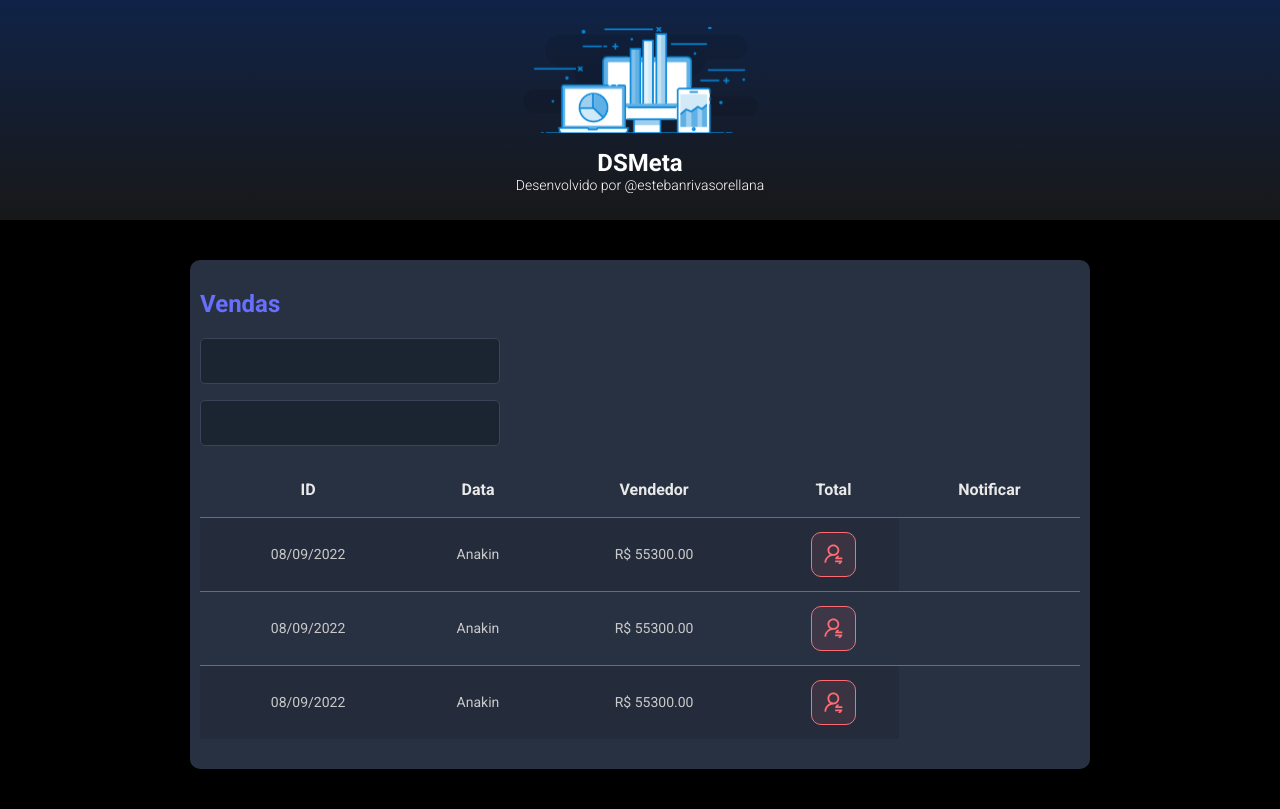
Repository: estebanrivas/dsmeta-css
Page: index.html
These files come from the project's save history. The page is drawn as it stood at one moment and after a run of saves; the edit follows.
The browser window is 1280 px wide. The pictures show the whole page.

Above is the page before, as saved 2022-09-08 22:24:08.

### index.html
<!DOCTYPE html>
<html lang="en">

<head>
    <meta charset="UTF-8">
    <meta http-equiv="X-UA-Compatible" content="IE=edge">
    <meta name="viewport" content="width=device-width, initial-scale=1.0">
    <title>DSMeta</title>

    <link rel="stylesheet" href="css/styles.css">
</head>

<body>
    <header>
        <div class="dsmeta-logo-container">
            <img src="images/logo.svg" alt="DSMeta">
            <h1>DSMeta</h1>
            <p>Desenvolvido por
                <a href="https://www.instagram.com/estebanrivasorellana/">@estebanrivasorellana</a>
            </p>
        </div>
    </header>

    <main>
        <section id="sales">
            <div class="dsmeta-container">
                <div class="dsmeta-card">
                    <h2 class="dsmeta-sales-title">Vendas</h2>

                    <div>
                        <div class="dsmeta-form-control-container">
                            <input class="dsmeta-form-control" type="text">
                        </div>
                        <div class="dsmeta-form-control-container">
                            <input class="dsmeta-form-control" type="text">
                        </div>
                    </div>

                    <div>
                        <table class="dsmeta-sales-table">
                            <thead>
                                <tr>
                                    <th class="show900">ID</th>
                                    <th class="show576">Data</th>
                                    <th>Vendedor</th>
                                    <th>Total</th>
                                    <th>Notificar</th>
                                </tr>
                            </thead>
                            <tbody>
                                <tr>
                                    <td class="show576">08/09/2022</td>
                                    <td>Anakin</td>
                                    <td>R$ 55300.00</td>
                                    <td>
                                        <div class="dsmeta-red-btn-container">
                                            <div class="dsmeta-red-btn">
                                                <img src="images/notification-icon.svg" alt="Notificar">
                                            </div>
                                        </div>
                                    </td>
                                </tr>
                                <tr>
                                    <td class="show576">08/09/2022</td>
                                    <td>Anakin</td>
                                    <td>R$ 55300.00</td>
                                    <td>
                                        <div class="dsmeta-red-btn-container">
                                            <div class="dsmeta-red-btn">
                                                <img src="images/notification-icon.svg" alt="Notificar">
                                            </div>
                                        </div>
                                    </td>
                                </tr>
                                <tr>
                                    <td class="show576">08/09/2022</td>
                                    <td>Anakin</td>
                                    <td>R$ 55300.00</td>
                                    <td>
                                        <div class="dsmeta-red-btn-container">
                                            <div class="dsmeta-red-btn">
                                                <img src="images/notification-icon.svg" alt="Notificar">
                                            </div>
                                        </div>
                                    </td>
                                </tr>
                            </tbody>
                        </table>
                    </div>
                </div>
            </div>
        </section>
    </main>


</body>

</html>

### css/styles.css
@import url("https://fonts.googleapis.com/css2?family=Roboto:wght@300;400;700&display=swap");

* {
  font-family: "Roboto", sans-serif;
  box-sizing: border-box;
  margin: 0;
  padding: 0;
}

body,
html {
  background-color: #000;
  color: #fff;
}

a,
a:hover,
a:visited {
  color: unset;
  text-decoration: none;
}

header {
  height: 220px;
  background: linear-gradient(180deg, #102347 0%, #181818 100%);
  display: flex;
  align-items: center;
  justify-content: center;
}

.dsmeta-logo-container {
  display: flex;
  flex-direction: column;
  align-items: center;
}

.dsmeta-logo-container img {
  width: 235px;
}

.dsmeta-logo-container h1 {
  padding-top: 15px;
  font-size: 24px;
}

.dsmeta-logo-container p {
  font-size: 14px;
  font-weight: 300;
}

#sales {
  padding: 40px 10px;
}

.dsmeta-container {
  width: 100%;
  max-width: 900px;
  margin: 0 auto;
}

.dsmeta-card {
  background-color: #283142;
  border-radius: 10px;
  padding: 30px 10px;
}

.dsmeta-form-control-container {
  margin-bottom: 16px;
  max-width: 300px;
}

.dsmeta-form-control {
  width: 100%;
  height: 46px;
  background-color: #1b2531;
  border: 1px solid #384459;
  border-radius: 5px;
  color: #9aaabe;
  padding: 0 20px;
  font-size: 18px;
  font-weight: 400;
}

.dsmeta-sales-title {
  color: #676fff;
  font-size: 24px;
  margin-bottom: 20px;
}

.dsmeta-sales-table {
  width: 100%;
  border-spacing: 0;
  border-collapse: collapse;
}

.dsmeta-sales-table thead {
  height: 55px;
  font-size: 16px;
  color: #e9e9e9;
  font-weight: 700;
}

.dsmeta-sales-table tbody {
  font-size: 14px;
  font-weight: 400;
  color: #c9c9c9;
  text-align: center;
}

.dsmeta-sales-table tbody tr {
  height: 74px;
  border-top: 1px solid #5f6e82;
}

.dsmeta-sales-table tbody tr:hover > td {
  background-color: #384459;
}

.dsmeta-sales-table tbody tr:nth-child(odd) {
  background-color: #242c3b;
}

.dsmeta-red-btn-container{
    display: flex;
    justify-content: center;
}

.dsmeta-red-btn {
  height: 45px;
  width: 45px;
  display: flex;
  align-items: center;
  justify-content: center;
  background: rgba(255, 107, 114, 0.1);
  border: 1px solid #ff6b72;
  border-radius: 10px;
  cursor: pointer;
}

.dsmeta-red-btn img{
    width: 19px;
}

.show576{
    display: none;
}

@media (min-width: 576px){
    .show576{
        display: table-cell;
    }
}

After the next 4 saves:
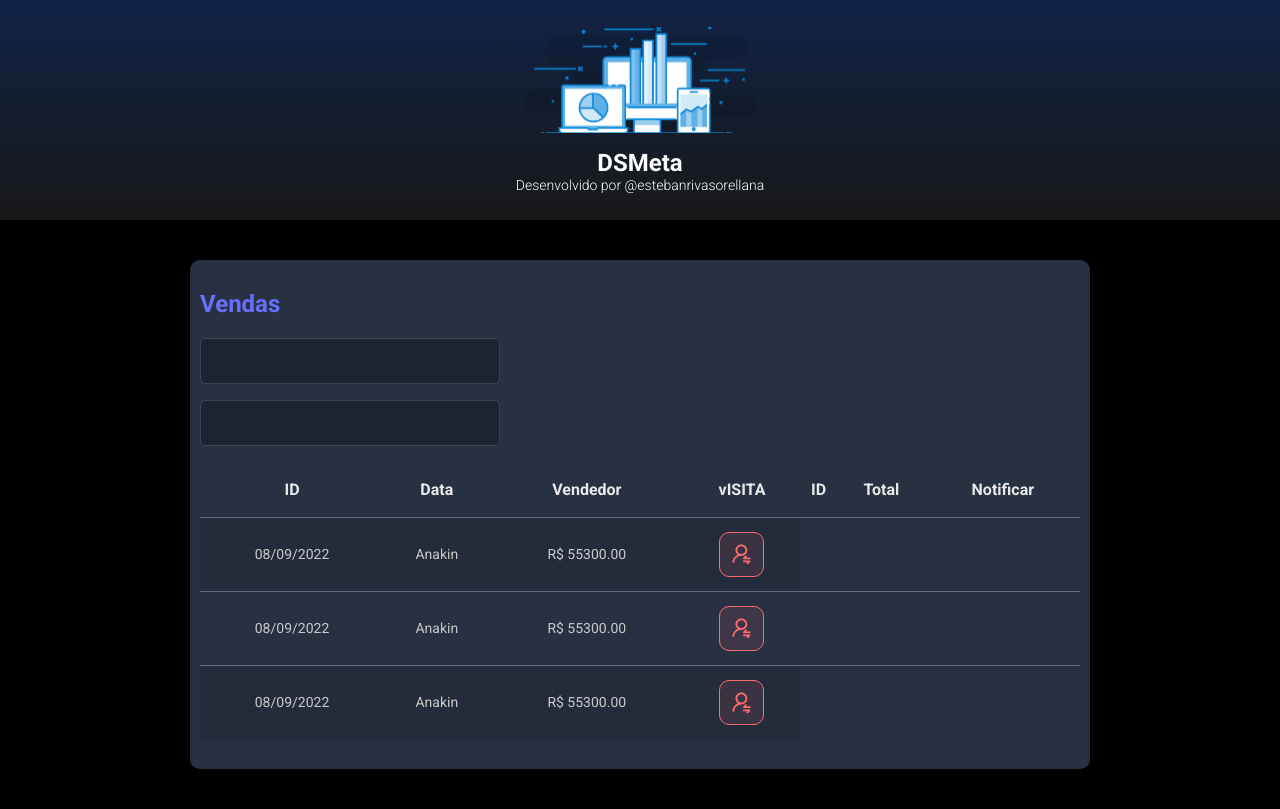
The 4 saves are shown as one change because they came seconds apart.
The last was saved 23 s later.
--- a/index.html
+++ b/index.html
@@ -43,6 +43,8 @@
                                     <th class="show900">ID</th>
                                     <th class="show576">Data</th>
                                     <th>Vendedor</th>
+                                    <th class="show900">vISITA</th>
+                                    <th class="show900">ID</th>
                                     <th>Total</th>
                                     <th>Notificar</th>
                                 </tr>
